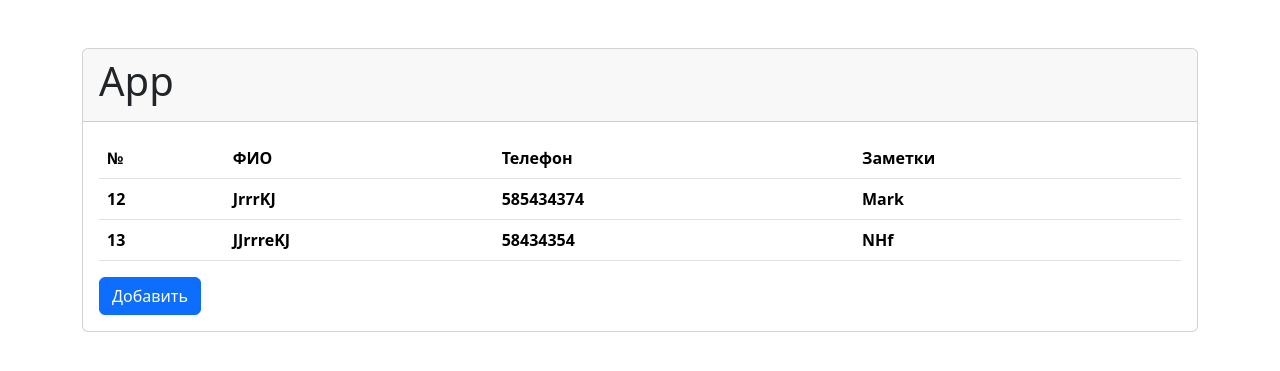
Repository: tatacheba/appstepikjavareact
Page: / (app in client/)
The author's editor kept a copy of each file at every save. The page is drawn from the files as they stood at one save, then again after the next save.
The browser window is 1280 px wide. The pictures show the whole page.
The project was rebuilt for these pictures with package versions that can differ from the ones it lists, and the page was loaded fresh each time. Also part of the build but not shown: client/src/App.css.

Above is the page before, as saved 2024-11-27 14:05:39.

### client/public/index.html
<!DOCTYPE html>
<html lang="en">
    <head>
        <meta charset="utf-8" />
        <link rel="icon" href="%PUBLIC_URL%/favicon.ico" />
        <meta name="viewport" content="width=device-width, initial-scale=1" />
        <meta name="theme-color" content="#000000" />
        <meta
            name="description"
            content="Web site created using create-react-app"
        />
        <link rel="apple-touch-icon" href="%PUBLIC_URL%/logo192.png" />
        <link
            href="https://cdn.jsdelivr.net/npm/bootstrap@5.3.3/dist/css/bootstrap.min.css"
            rel="stylesheet"
            integrity="sha384-QWTKZyjpPEjISv5WaRU9OFeRpok6YctnYmDr5pNlyT2bRjXh0JMhjY6hW+ALEwIH"
            crossorigin="anonymous"
        />
        <!--
      manifest.json provides metadata used when your web app is installed on a
      user's mobile device or desktop. See https://developers.google.com/web/fundamentals/web-app-manifest/
    -->
        <link rel="manifest" href="%PUBLIC_URL%/manifest.json" />

        <title>App of Stepik</title>
    </head>
    <body>
        <div id="root"></div>
        <script
            src="https://cdn.jsdelivr.net/npm/bootstrap@5.3.3/dist/js/bootstrap.bundle.min.js"
            integrity="sha384-YvpcrYf0tY3lHB60NNkmXc5s9fDVZLESaAA55NDzOxhy9GkcIdslK1eN7N6jIeHz"
            crossorigin="anonymous"
        ></script>
    </body>
</html>

### client/src/index.js
import React from "react";
import ReactDOM from "react-dom/client";
import "./index.css";
import App from "./App";
import "bootstrap/dist/css/bootstrap.min.css";
import "bootstrap/dist/js/bootstrap.bundle.min.js";

const root = ReactDOM.createRoot(document.getElementById("root"));
root.render(
    <React.StrictMode>
        <App />
    </React.StrictMode>
);

### client/src/App.js
import "./App.css";
import TablewView from "./layouts/tableView/TablewView";
import { useState } from "react";

function App() {
    const [items, setItem] = useState([
        { id: 12, fullName: "JrrrKJ", phone: 585434374, notes: "Mark" },
        { id: 13, fullName: "JJrrreKJ", phone: 58434354, notes: "NHf" },
    ]);

    function appendContact() {
        const contact = {
            id: 15,
            fullName: "ннннн",
            phone: 585444,
            notes: "FFFF",
        };
        items[0].fullName = "Bpvtyt";
        setItem([...items, contact]);
        console.log(items);
    }

    return (
        <div className="container mt-5">
            <div className=" card">
                <div className="card-header">
                    <h1>App</h1>
                </div>
                <div className="card-body">
                    <TablewView data={items} />
                    <div>
                        <button
                            className="btn btn-primary"
                            onClick={appendContact}
                            type="button"
                        >
                            Добавить
                        </button>
                    </div>
                </div>
            </div>
        </div>
    );
}

export default App;

### client/src/layouts/tableView/TablewView.js
import React from "react";
import TableRowItem from "./components/TableRowItem";

const TablewView = (props) => {
    return (
        <table className="table table-hover">
            <thead>
                <tr>
                    <th scope="col">№</th>
                    <th scope="col">ФИО</th>
                    <th scope="col">Телефон</th>
                    <th scope="col">Заметки</th>
                </tr>
            </thead>
            <tbody>
                {props.data.map((item) => (
                    <TableRowItem contact={item} />
                ))}
            </tbody>
        </table>
    );
};
export default TablewView;

### client/src/layouts/tableView/components/TableRowItem.js
import React from "react";

const TableRowItem = (props) => {
    return (
        <tr>
            <th scope="row">{props.contact.id}</th>
            <th>{props.contact.fullName}</th>
            <th>{props.contact.phone}</th>
            <th>{props.contact.notes}</th>
        </tr>
    );
};

export default TableRowItem;

### client/src/layouts/formNewItem/FormNewItem.js
import React from "react";

function FormNewItem() {
    return <div>FormNewItem</div>;
}

export default FormNewItem;

Loaded but not shown: client/src/index.css (common file)

After the next save:
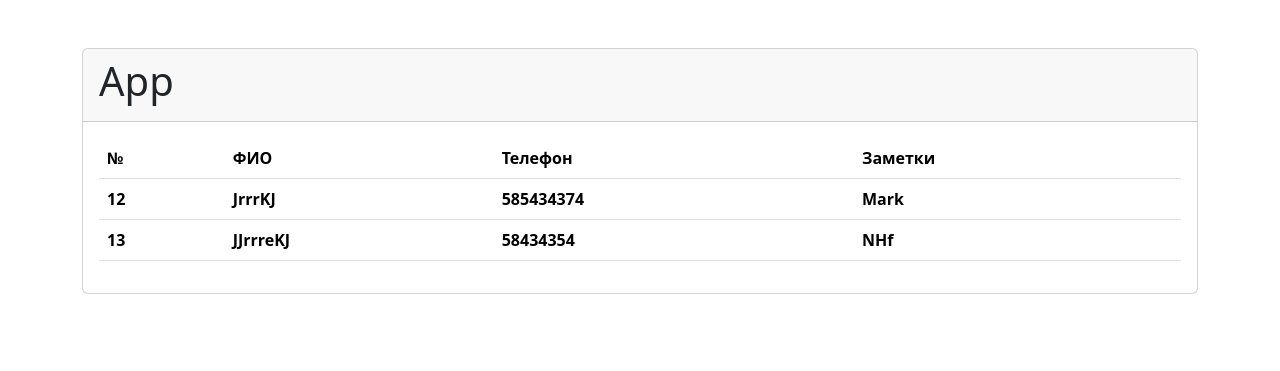
Saved 16 s later.
--- a/client/src/App.js
+++ b/client/src/App.js
@@ -28,15 +28,7 @@
                 </div>
                 <div className="card-body">
                     <TablewView data={items} />
-                    <div>
-                        <button
-                            className="btn btn-primary"
-                            onClick={appendContact}
-                            type="button"
-                        >
-                            Добавить
-                        </button>
-                    </div>
+                    <div></div>
                 </div>
             </div>
         </div>

After the 5 saves that followed:
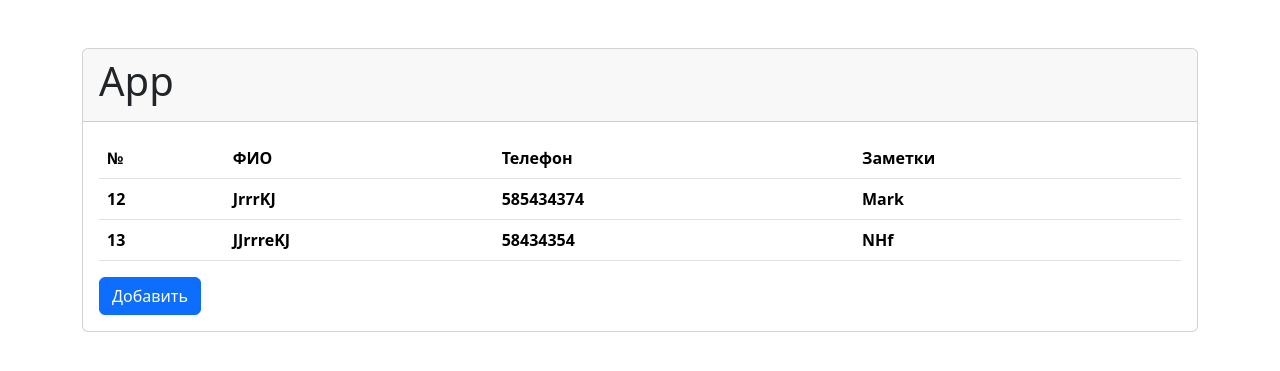
The 5 saves are shown as one change because 4 left the picture as it was.
The last was saved 68 s later.
--- a/client/src/App.js
+++ b/client/src/App.js
@@ -1,24 +1,13 @@
 import "./App.css";
 import TablewView from "./layouts/tableView/TablewView";
 import { useState } from "react";
+import FormNewItem from "./layouts/formNewItem/FormNewItem";
 
 function App() {
     const [items, setItem] = useState([
         { id: 12, fullName: "JrrrKJ", phone: 585434374, notes: "Mark" },
         { id: 13, fullName: "JJrrreKJ", phone: 58434354, notes: "NHf" },
     ]);
-
-    function appendContact() {
-        const contact = {
-            id: 15,
-            fullName: "ннннн",
-            phone: 585444,
-            notes: "FFFF",
-        };
-        items[0].fullName = "Bpvtyt";
-        setItem([...items, contact]);
-        console.log(items);
-    }
 
     return (
         <div className="container mt-5">
@@ -28,7 +17,9 @@
                 </div>
                 <div className="card-body">
                     <TablewView data={items} />
-                    <div></div>
+                    <div>
+                        <FormNewItem />
+                    </div>
                 </div>
             </div>
         </div>
--- a/client/src/layouts/formNewItem/FormNewItem.js
+++ b/client/src/layouts/formNewItem/FormNewItem.js
@@ -1,7 +1,26 @@
 import React from "react";
 
 function FormNewItem() {
-    return <div>FormNewItem</div>;
+    function appendContact() {
+        const contact = {
+            id: 15,
+            fullName: "ннннн",
+            phone: 585444,
+            notes: "FFFF",
+        };
+        items[0].fullName = "Bpvtyt";
+        setItem([...items, contact]);
+        console.log(items);
+    }
+    return (
+        <button
+            className="btn btn-primary"
+            onClick={appendContact}
+            type="button"
+        >
+            Добавить
+        </button>
+    );
 }
 
 export default FormNewItem;
